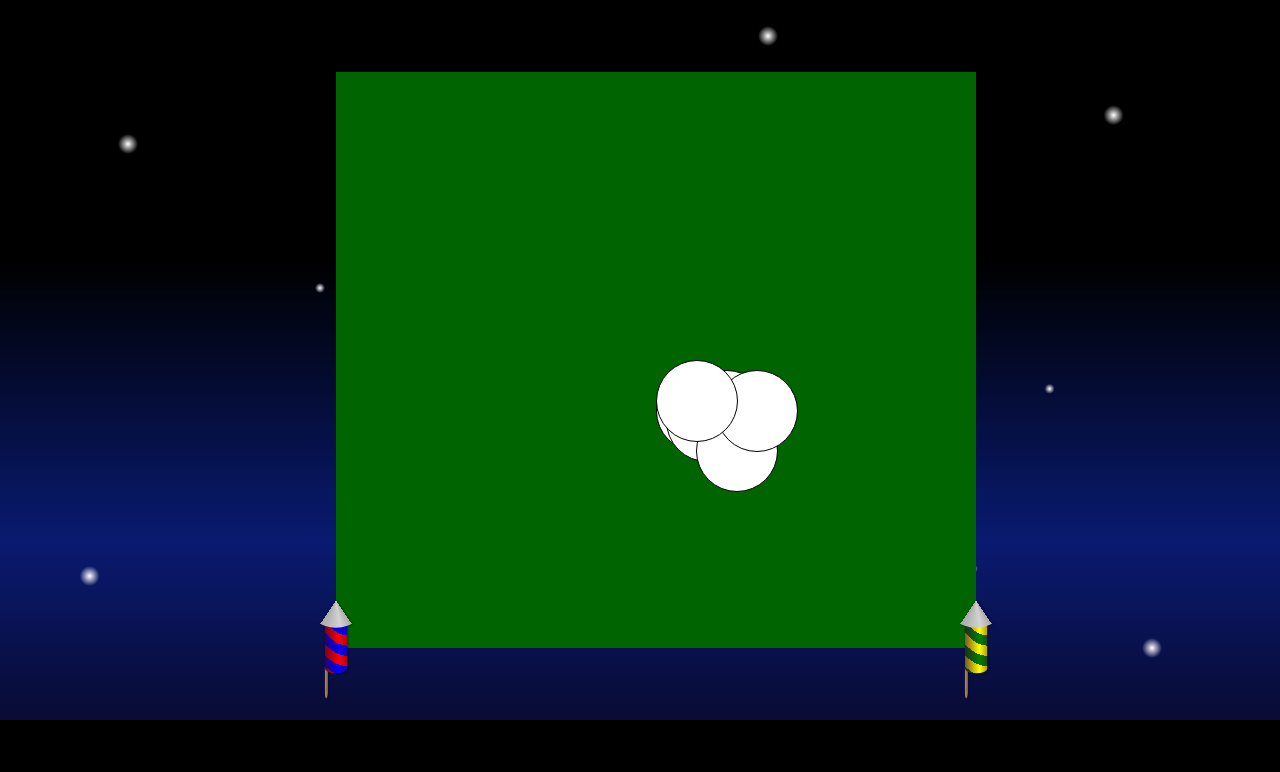
Repository: juliandecloe/CSS-To-The-Rescue---Julian-de-Cloe
Page: index.html
The author's editor kept a copy of each file at every save. The page is drawn from the files as they stood at one save, then again after the next save.
The browser window is 1280 px wide. The pictures show the whole page.

Above is the page before, as saved 2022-03-10 17:18:53.

After the next save:
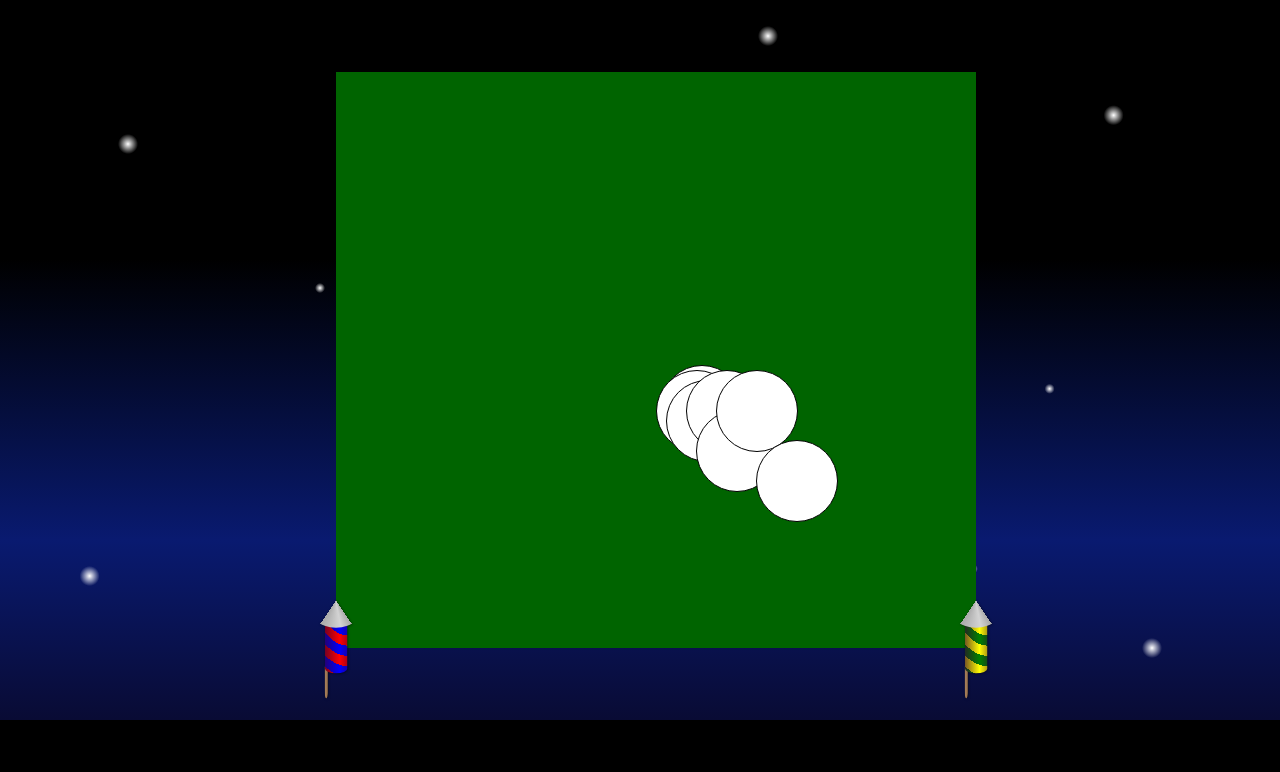
Saved 22 s later.
--- a/style.css
+++ b/style.css
@@ -627,3 +627,8 @@ article li:nth-child(6) {
 	top: 10px;
 	left: 60px;
 }
+
+article li:last-child {
+	top: 80px;
+	left: 100px;
+}
